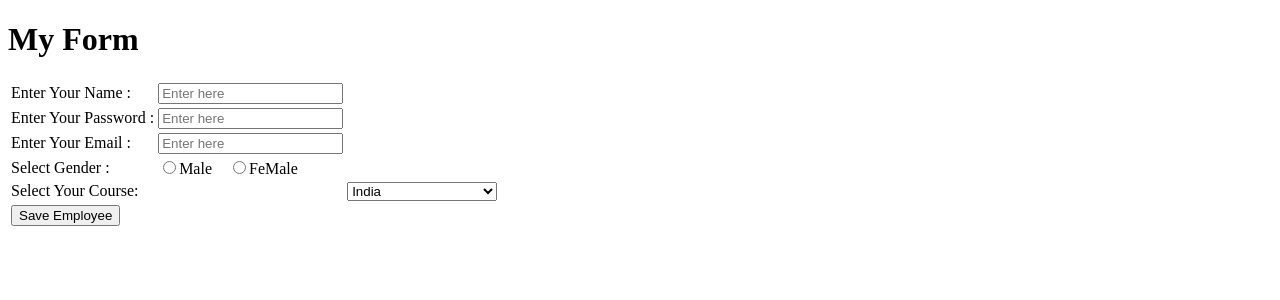
Repository: Kamleshmaury/CoreJava
Page: RegistrationForm/src/main/webapp/index.html
An editor plug-in stored every save of this project. The page is shown before and after the next save, followed by the edit.
The browser window is 1280 px wide. The pictures show the whole page.

Above is the page before, as saved 2022-10-18 08:52:35.

### RegistrationForm/src/main/webapp/index.html
<!DOCTYPE html>
<html>
<head>
<meta charset="UTF-8">
<title>Registration Form</title>
</head>
<body>
	<div class="container">
		<h1>My Form</h1>
		<form action="RegistrationServlet" method="post">
			<table>
				<tr>
					<td>Enter Your Name : </td>
					<td> <input type ="text" name="name" placeholder="Enter here"></td>
				</tr>
				<tr>
					<td>Enter Your Password : </td>
					<td> <input type ="password" name="password" placeholder="Enter here"></td>
				</tr>
				<tr>
					<td>Enter Your Email : </td>
					<td> <input type ="email" name="email" placeholder="Enter here"></td>
				</tr>
				<tr>
					<td>Select Gender : </td>
					<td><input type="radio" name="gender" value="male">Male &nbsp; &nbsp;<input type="radio" name="gender" value="female">FeMale </td>
				</tr>

				<tr><td>Select Your Course:</td><td>
					<td><select name="course" style="width:150px">
					<option>India</option>
					<option>USA</option>
					<option>China</option>
					<option>Other</option>
					</td>
			</select>
			</td></tr>
			<tr><td colspan="2"><input type="submit" value="Save Employee"/></td></tr>
			</table>

		</form>
	</div>
</body>
</html>

After the next save:
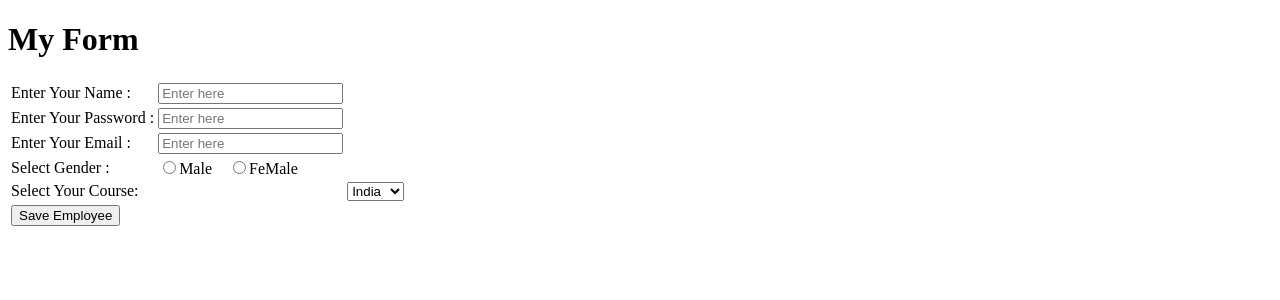
Saved 16 s later.
--- a/RegistrationForm/src/main/webapp/index.html
+++ b/RegistrationForm/src/main/webapp/index.html
@@ -27,7 +27,7 @@
 				</tr>
 
 				<tr><td>Select Your Course:</td><td>
-					<td><select name="course" style="width:150px">
+					<td><select name="course" >
 					<option>India</option>
 					<option>USA</option>
 					<option>China</option>

After the save that followed:
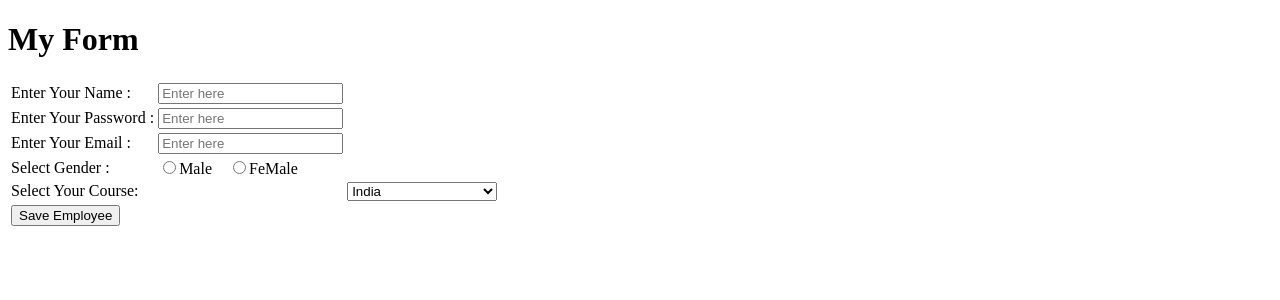
Saved 8 s later.
--- a/RegistrationForm/src/main/webapp/index.html
+++ b/RegistrationForm/src/main/webapp/index.html
@@ -27,7 +27,7 @@
 				</tr>
 
 				<tr><td>Select Your Course:</td><td>
-					<td><select name="course" >
+					<td><select name="course" style="width:150px">
 					<option>India</option>
 					<option>USA</option>
 					<option>China</option>
